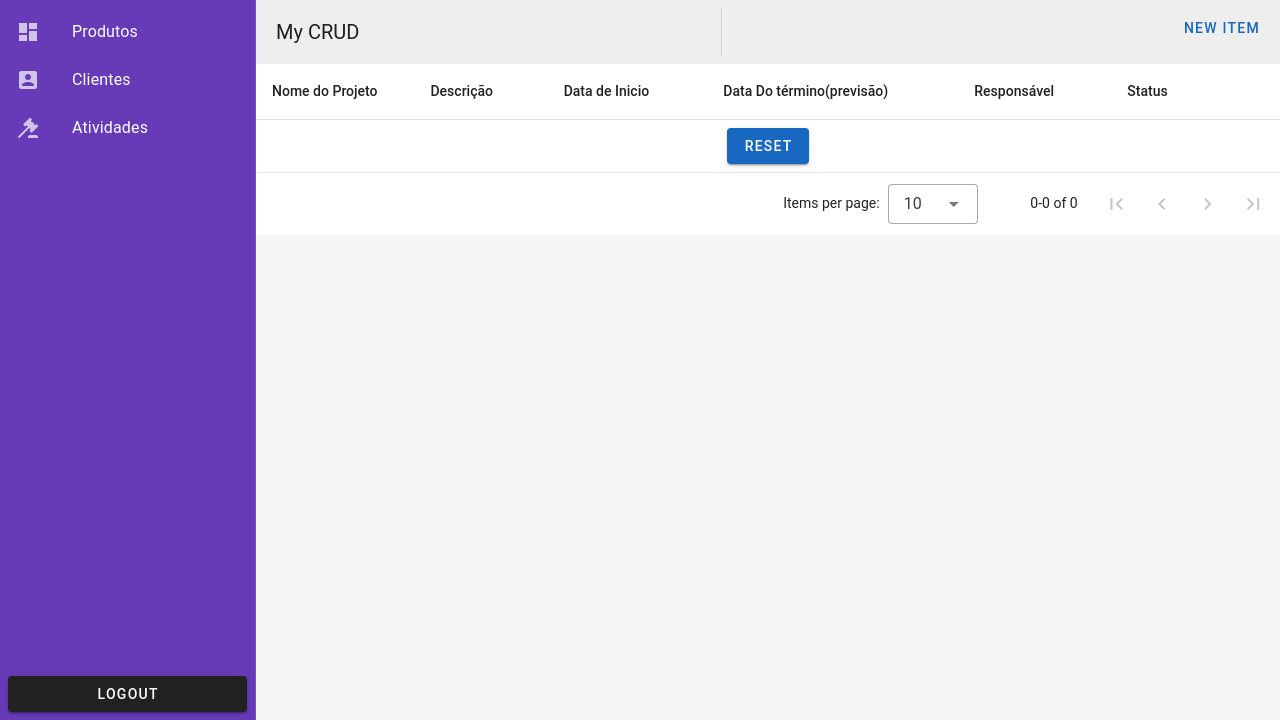
Repository: NtiSilva/Front_AG
Page: /products
An editor plug-in stored every save of this project. The page is shown before and after the next save, followed by the edit.
The browser window is 1280 px wide. The pictures show the whole page.
The page's requests for data from a server got no answer. The project was rebuilt for these pictures with package versions that can differ from the ones it lists, and the page was loaded fresh each time. No one was signed in, and anything a server would have sent is missing. Also part of the build but not shown: vite.config.mjs, src/components/Alert.vue, src/components/Atividades/FormActivities.vue, src/components/Atividades/index.vue, src/components/Clientes/FormClient.vue, src/components/Dialog.vue, src/components/DialogRemove.vue, src/components/Clientes/ListClients.vue and 9 more.

Above is the page before, as saved 2024-06-19 20:13:30.

After the next save:
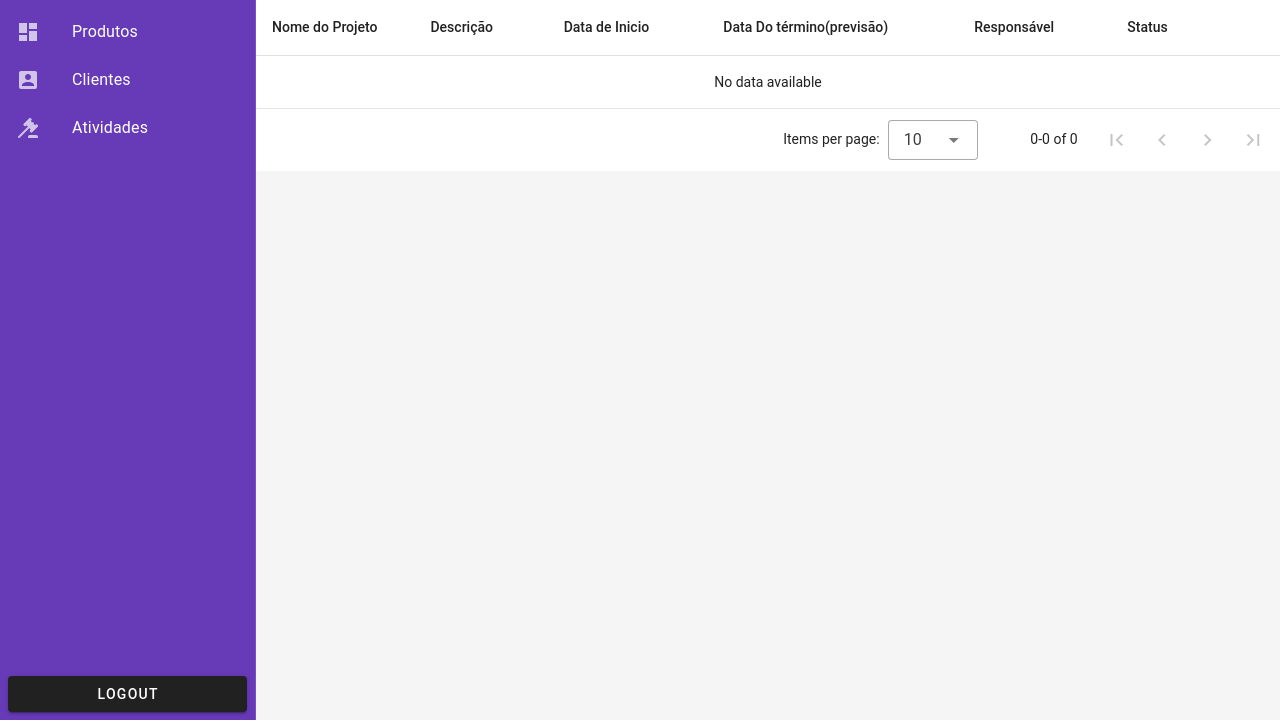
Saved 4 min 5 s later.
--- a/src/pages/Products.vue
+++ b/src/pages/Products.vue
@@ -3,150 +3,14 @@
     :headers="headers"
     :items="products"
   >
-    <template v-slot:top>
-      <v-toolbar
-        flat
-      >
-        <v-toolbar-title>My CRUD</v-toolbar-title>
-        <v-divider
-          class="mx-4"
-          inset
-          vertical
-        ></v-divider>
-        <v-spacer></v-spacer>
-        <v-dialog
-          v-model="dialog"
-          max-width="500px"
-        >
-          <template v-slot:activator="{ props }">
-            <v-btn
-              class="mb-2"
-              color="primary"
-              dark
-              v-bind="props"
-            >
-              New Item
-            </v-btn>
-          </template>
-          <v-card>
-            <v-card-title>
-              <span class="text-h5">{{ formTitle }}</span>
-            </v-card-title>
-
-            <v-card-text>
-              <v-container>
-                <v-row>
-                  <v-col
-                    cols="12"
-                    md="4"
-                    sm="6"
-                  >
-                    <v-text-field
-                      v-model="editedItem.name"
-                      label="Dessert name"
-                    ></v-text-field>
-                  </v-col>
-                  <v-col
-                    cols="12"
-                    md="4"
-                    sm="6"
-                  >
-                    <v-text-field
-                      v-model="editedItem.calories"
-                      label="Calories"
-                    ></v-text-field>
-                  </v-col>
-                  <v-col
-                    cols="12"
-                    md="4"
-                    sm="6"
-                  >
-                    <v-text-field
-                      v-model="editedItem.fat"
-                      label="Fat (g)"
-                    ></v-text-field>
-                  </v-col>
-                  <v-col
-                    cols="12"
-                    md="4"
-                    sm="6"
-                  >
-                    <v-text-field
-                      v-model="editedItem.carbs"
-                      label="Carbs (g)"
-                    ></v-text-field>
-                  </v-col>
-                  <v-col
-                    cols="12"
-                    md="4"
-                    sm="6"
-                  >
-                    <v-text-field
-                      v-model="editedItem.protein"
-                      label="Protein (g)"
-                    ></v-text-field>
-                  </v-col>
-                </v-row>
-              </v-container>
-            </v-card-text>
-
-            <v-card-actions>
-              <v-spacer></v-spacer>
-              <v-btn
-                color="blue-darken-1"
-                variant="text"
-                @click="close"
-              >
-                Cancel
-              </v-btn>
-              <v-btn
-                color="blue-darken-1"
-                variant="text"
-                @click="save"
-              >
-                Save
-              </v-btn>
-            </v-card-actions>
-          </v-card>
-        </v-dialog>
-        <v-dialog v-model="dialogDelete" max-width="500px">
-          <v-card>
-            <v-card-title class="text-h5">Are you sure you want to delete this item?</v-card-title>
-            <v-card-actions>
-              <v-spacer></v-spacer>
-              <v-btn color="blue-darken-1" variant="text" @click="closeDelete">Cancel</v-btn>
-              <v-btn color="blue-darken-1" variant="text" @click="deleteItemConfirm">OK</v-btn>
-              <v-spacer></v-spacer>
-            </v-card-actions>
-          </v-card>
-        </v-dialog>
-      </v-toolbar>
-    </template>
-    <template v-slot:item.actions="{ item }">
-      <v-icon
-        class="me-2"
-        size="small"
-        @click="editItem(item)"
-      >
-        mdi-pencil
-      </v-icon>
-      <v-icon
-        size="small"
-        @click="deleteItem(item)"
-      >
-        mdi-delete
-      </v-icon>
-    </template>
-    <template v-slot:no-data>
-      <v-btn
-        color="primary"
-        @click="initialize"
-      >
-        Reset
-      </v-btn>
+    <template v-slot:item.calories="{ value }">
+      <v-chip :color="getColor(value)">
+        {{ value }}
+      </v-chip>
     </template>
   </v-data-table>
 </template>
+
 
 <script>
 import { mapState, mapActions } from 'vuex';
